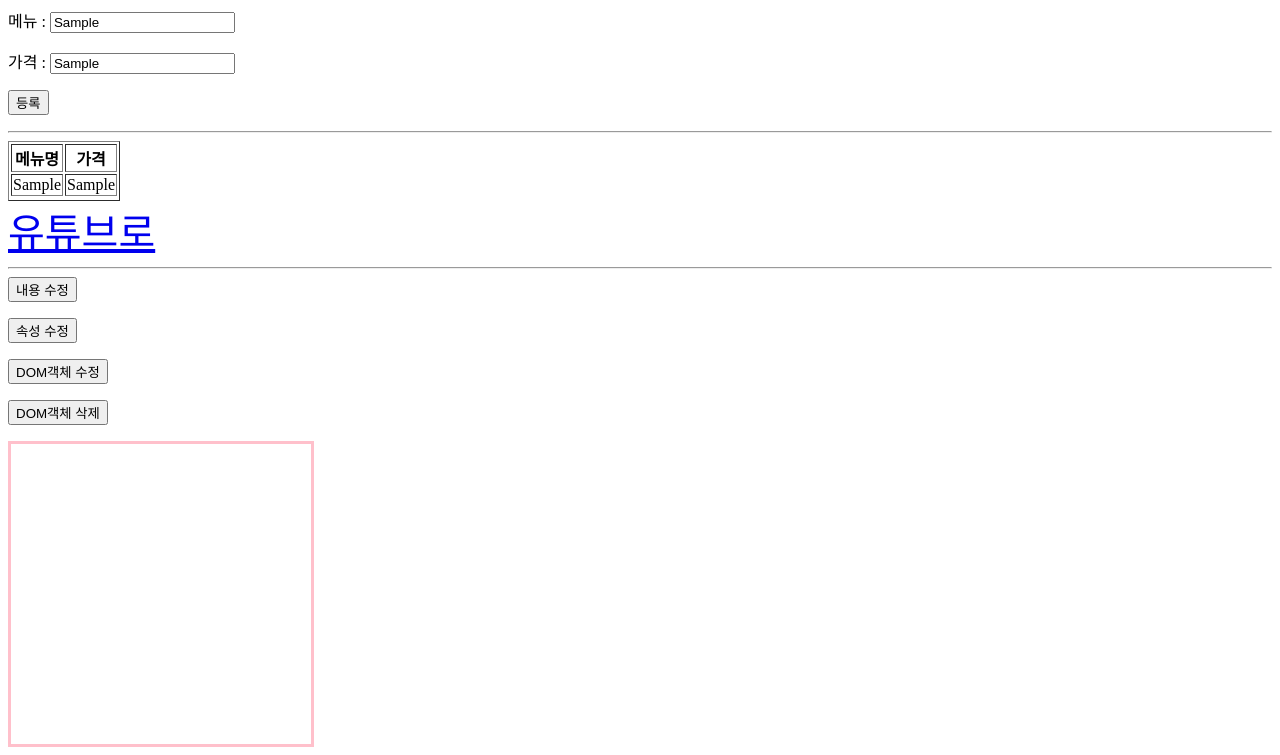
Repository: AgentHyun/FishDalle3
Page: Feb14_1_jQuery/WebContent/1_DOM.html
These files come from the project's save history. The page is drawn as it stood at one moment and after the next save; the edit follows.
The browser window is 1280 px wide. The pictures show the whole page.
Empty fields were first filled with sample values (such as "Sample", 5 or name@example.com).
After loading, the first visible `#b1` was clicked once.

Above is the page before, as saved 2025-02-14 01:43:06.

After the next save:
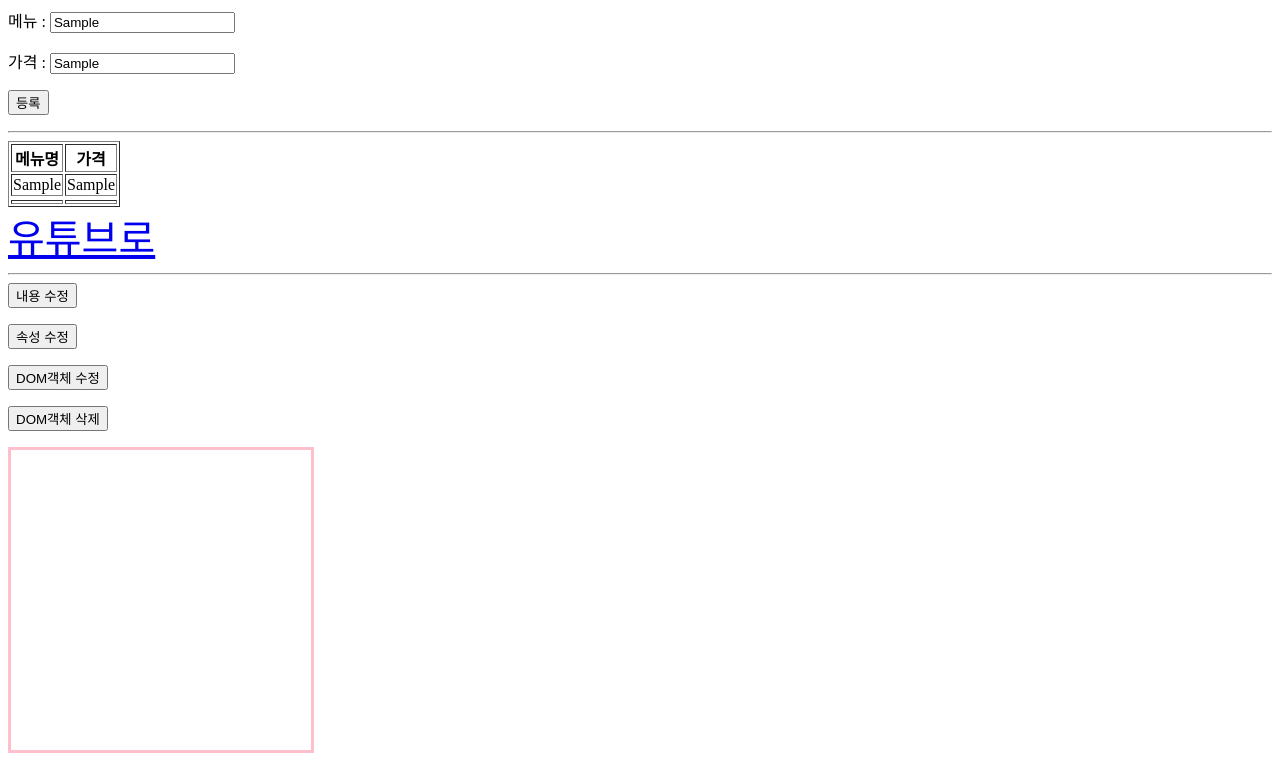
Saved 55 s later.
--- a/Feb14_1_jQuery/WebContent/1_DOM.html
+++ b/Feb14_1_jQuery/WebContent/1_DOM.html
@@ -120,8 +120,10 @@ $(function(){
   		let arr = {m , p}
 
   		$("table").append("<tr>");
+  		$("table").append("<td>");
   		$("#contentM").append(arr.m);
   		$("#contentP").append(arr.p);
+  		$("table").append("<td>");
   		$("table").append("</tr>");
 
   	 });
